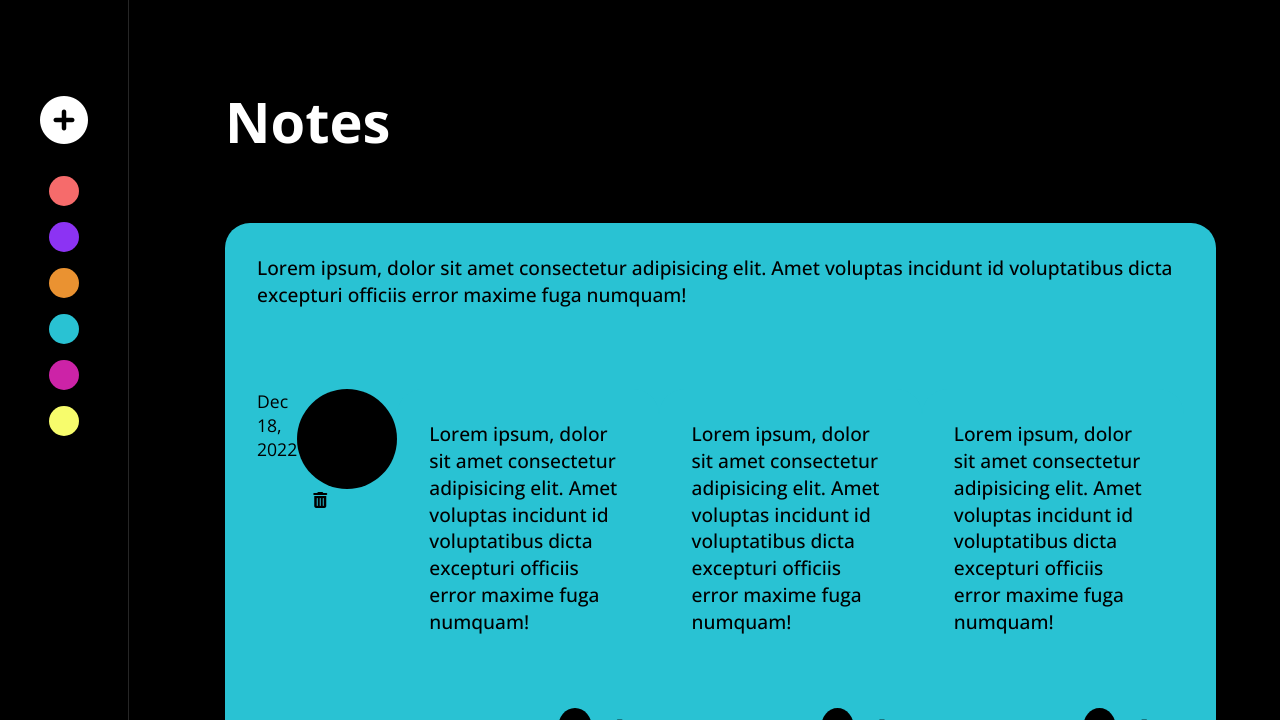
Repository: emiliaiwu/notes_app
Page: index.html
An editor plug-in stored every save of this project. The page is shown before and after the next save, followed by the edit.
The browser window is 1280 px wide. The pictures show the whole page.
An inner scrolling area shows only its first screen. Some web libraries are served in a nearby version.

Above is the page before, as saved 2022-12-19 23:44:10.

### index.html
<!DOCTYPE html>
<html lang="en">
<head>
    <meta charset="UTF-8">
    <meta http-equiv="X-UA-Compatible" content="IE=edge">
    <meta name="viewport" content="width=device-width, initial-scale=1.0">
    <script src="https://kit.fontawesome.com/fd9c36575f.js" crossorigin="anonymous"></script>
    <link rel="stylesheet" href="style.css">
    <title>Notes App</title>
</head>
<body>
    <div class="container">
        <div class="add">
            <div class="add_card"><i class="fa-solid fa-circle-plus"></i></div>
            <ul class="card_colors">
                <li class="card_color c1"></li>
                <li class="card_color c2"></li>
                <li class="card_color c3"></li>
                <li class="card_color c4"></li>
                <li class="card_color c5"></li>
                <li class="card_color c6"></li>
            </ul>
        </div>
        <div class="cards_container">
            <h1>Notes</h1>
            <div class="cards">

                <div class="card">
                    <p class="text">
                        Lorem ipsum, dolor sit amet consectetur adipisicing elit. Amet voluptas incidunt id voluptatibus dicta excepturi officiis error maxime fuga numquam!
                    </p>
                    <span class="footer close">
                        <small class="date">Dec 18, 2022</small>
                        <div>
                           <div class="edit"><i class="fa-solid fa-pen"></i></div>
                           <div class="delete"><i class="fa-solid fa-trash-can"></i></small>
                        </div>
                    </span>
                    <span class="footer open">
                        <ul class="edit_settings">
                            <li class="bold"><i class="fa-solid fa-bold"></i></li>
                            <li class="italic"><i class="fa-solid fa-italic"></i></li>
                            <li class="underline"><i class="fa-solid fa-underline"></i></li>
                            <li class="strikethrough"><i class="fa-solid fa-strikethrough"></i></li>
                            <li class="toggleBtn"><i class="fa-solid fa-list-ul"></i></li>
                            <li class="add_image"><i class="fa-solid fa-image"></i></li>
                        </ul>
                    </span>
                </div>

                <div class="card">
                    <span class="text">
                        Lorem ipsum, dolor sit amet consectetur adipisicing elit. Amet voluptas incidunt id voluptatibus dicta excepturi officiis error maxime fuga numquam!
                    </span>
                    <span class="footer close">
                        <small class="date">18/12/2022</small>
                        <span>
                           <small class="edit"><i class="fa-solid fa-pen"></i></small>
                           <small class="delete"><i class="fa-solid fa-trash-can"></i></small>
                        </span>
                    </span>
                    <span class="footer open">
                        <ul class="edit_settings">
                            <li class="bold"><i class="fa-solid fa-bold"></i></li>
                            <li class="italic"><i class="fa-solid fa-italic"></i></li>
                            <li class="underline"><i class="fa-solid fa-underline"></i></li>
                            <li class="strikethrough"><i class="fa-solid fa-strikethrough"></i></li>
                            <li class="toggleBtn"><i class="fa-solid fa-list-ul"></i></li>
                            <li class="add_image"><i class="fa-solid fa-image"></i></li>
                        </ul>
                    </span>
                </div>

                <div class="card">
                    <span class="text">
                        Lorem ipsum, dolor sit amet consectetur adipisicing elit. Amet voluptas incidunt id voluptatibus dicta excepturi officiis error maxime fuga numquam!
                    </span>
                    <span class="footer close">
                        <small class="date">18/12/2022</small>
                        <span>
                           <small class="edit"><i class="fa-solid fa-pen"></i></small>
                           <small class="delete"><i class="fa-solid fa-trash-can"></i></small>
                        </span>
                    </span>
                    <span class="footer open">
                        <ul class="edit_settings">
                            <li class="bold"><i class="fa-solid fa-bold"></i></li>
                            <li class="italic"><i class="fa-solid fa-italic"></i></li>
                            <li class="underline"><i class="fa-solid fa-underline"></i></li>
                            <li class="strikethrough"><i class="fa-solid fa-strikethrough"></i></li>
                            <li class="toggleBtn"><i class="fa-solid fa-list-ul"></i></li>
                            <li class="add_image"><i class="fa-solid fa-image"></i></li>
                        </ul>
                    </span>
                </div>

                <div class="card">
                    <span class="text">
                        Lorem ipsum, dolor sit amet consectetur adipisicing elit. Amet voluptas incidunt id voluptatibus dicta excepturi officiis error maxime fuga numquam!
                    </span>
                    <span class="footer close">
                        <small class="date">18/12/2022</small>
                        <span>
                           <small class="edit"><i class="fa-solid fa-pen"></i></small>
                           <small class="delete"><i class="fa-solid fa-trash-can"></i></small>
                        </span>
                    </span>
                    <span class="footer open">
                        <ul class="edit_settings">
                            <li class="bold"><i class="fa-solid fa-bold"></i></li>
                            <li class="italic"><i class="fa-solid fa-italic"></i></li>
                            <li class="underline"><i class="fa-solid fa-underline"></i></li>
                            <li class="strikethrough"><i class="fa-solid fa-strikethrough"></i></li>
                            <li class="toggleBtn"><i class="fa-solid fa-list-ul"></i></li>
                            <li class="add_image"><i class="fa-solid fa-image"></i></li>
                        </ul>
                    </span>
                </div>


            </div>
        </div>




    </div>

</body>
</html>

### style.css
@import url('https://fonts.googleapis.com/css2?family=Open+Sans:wght@300;400;500;700&display=swap');


* {
    margin: 0;
    padding: 0;
    box-sizing: border-box;
    list-style-type: none;

}

body {
    font-family: 'Open Sans', sans-serif;
    width: 100vw;
    height: 100vh;
    background-color: #000;
    color: #fff;

}

h1 {
    font-size: 3.5rem;
    margin-bottom: 4rem;
    color: #fff;
}

.container {
    display: flex;
    width: 100%;
    height: 100%;
    gap: 2rem;
}

.add {
    border-right: 1px solid rgba(255, 255, 255, 0.15);
    min-height: 100vh;
    display: flex;
    flex-direction: column;
    align-items: center;
    padding: 6rem 2.5rem;

}

.card_color {
    width: 30px;
    height: 30px;
    border-radius: 50%;
    margin-bottom: 1rem;

}

.fa-circle-plus {
    font-size: 3rem;
    margin-bottom: 2rem;
}

.c1 {
    background-color: #F66B6B;
}

.c2 {
    background-color: #8C33F3;
}

.c3 {
    background-color: #EA9231;
}

.c4 {
    background-color: #29C2D3;
}

.c5 {
    background-color: #CC23A7;
}

.c6 {
    background-color: #F7FC6C;
}






/* CARDS CONTAINER */

.cards_container {
    padding: 5.2rem 4rem;
    height: 100%;
    overflow-y: scroll;
    width: 100%;
    color: #000;
}

.cards {
    display: grid;
    grid-template-columns: repeat(auto-fit, minmax(19rem, 1fr));
    gap: 2.5rem;
}

.card {
    display: flex;
    flex-direction: column;
    justify-content: space-between;
    background-color: #29C2D3;
    padding: 2rem 2rem 1rem 2rem;
    border-radius: 25px;
}

.close,
.edit_settings {
    display: flex;
    justify-content: space-between;

}

.text {
    margin-bottom: 5rem;
    font-size: 1.2rem;
    font-weight: 500;
    line-height: 1.4;
}




small {
    font-size: 1.1rem;
}

.edit {
    background-color: #000;
    width: 100px;
    height: 100px;
    padding: .5rem;
    border-radius: 50%;
}

.fa-trash-can {
    margin-left: 1rem;
}






.edit_settings {
    border-top: 1px solid rgba(0, 0, 0, 0.178);;
    width: 100%;
    padding: 1rem;
}

ul li i {
    font-size: 1.2rem;
}












/* OPEN AND CLOSE FUNCTIONALITY */

.open {
    display: none;

}

.close {
    padding-bottom: 1rem;
}

After the next save:
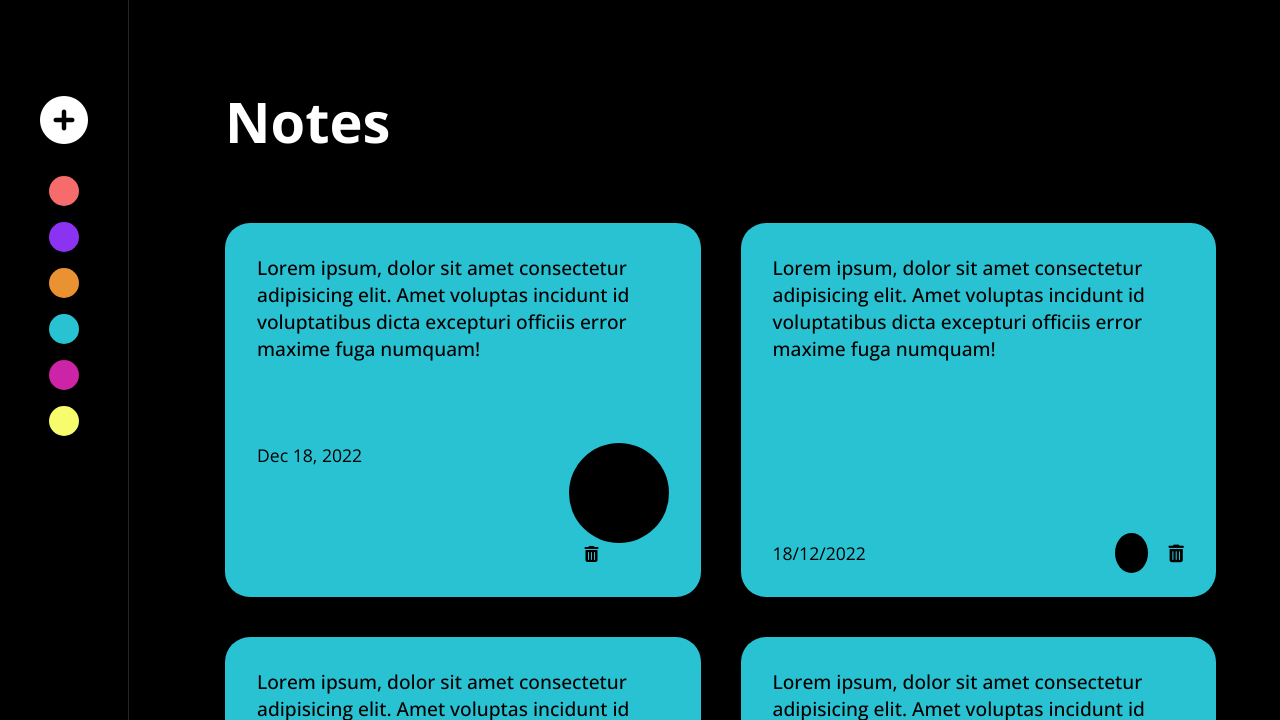
Saved 5 s later.
--- a/index.html
+++ b/index.html
@@ -33,7 +33,7 @@
                         <small class="date">Dec 18, 2022</small>
                         <div>
                            <div class="edit"><i class="fa-solid fa-pen"></i></div>
-                           <div class="delete"><i class="fa-solid fa-trash-can"></i></small>
+                           <div class="delete"><i class="fa-solid fa-trash-can"></i></div>
                         </div>
                     </span>
                     <span class="footer open">
